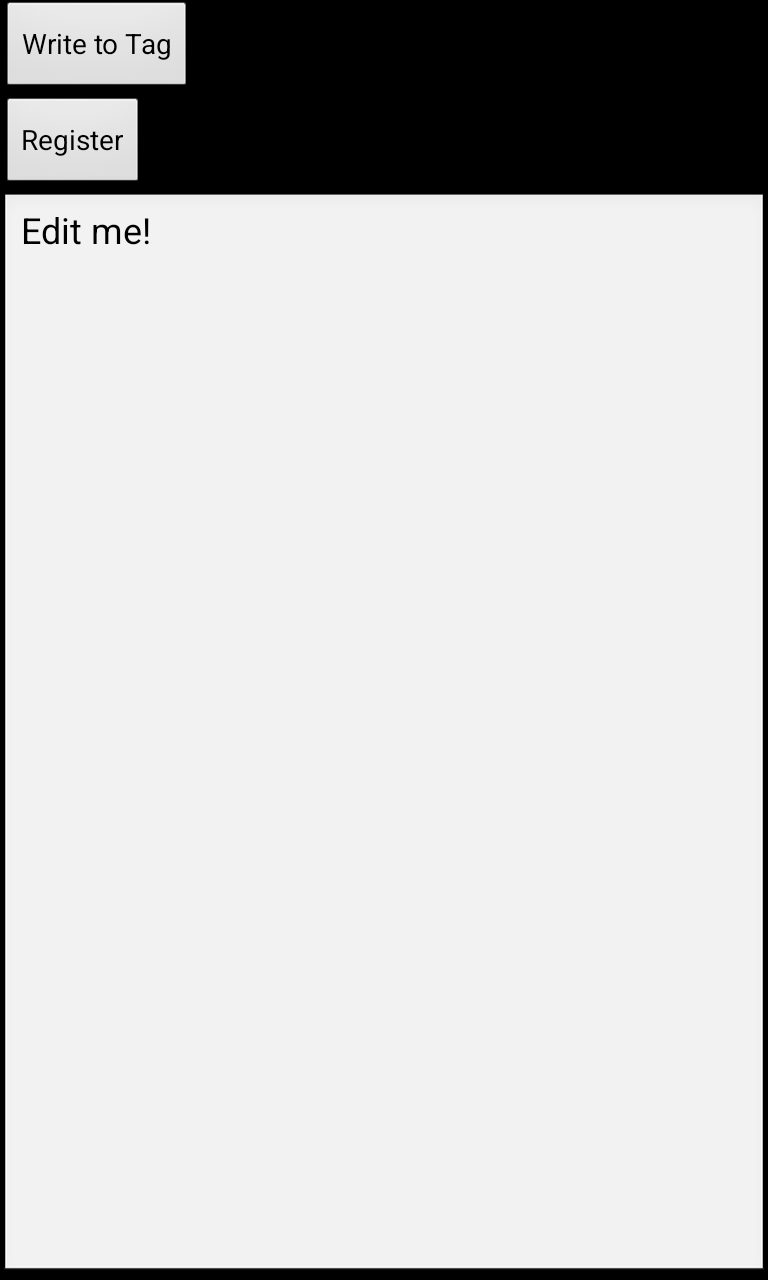
Repository: AjayTripathy/rice
Layout: android.pilaf.StickyNotesActivity/res/layout/main.xml
An editor plug-in stored every save of this project. The layout is shown before and after the next save, followed by the edit.
It is drawn on a 768 x 1280 px phone screen (xhdpi) without system bars, with theme android:Theme; the app's code is not run.

Above is the layout before, as saved 2012-07-22 09:28:16.

### android.pilaf.StickyNotesActivity/res/layout/main.xml
<?xml version="1.0" encoding="utf-8"?>
<LinearLayout xmlns:android="http://schemas.android.com/apk/res/android"
    android:orientation="vertical"
    android:layout_width="fill_parent"
    android:layout_height="fill_parent"
    >
    <LinearLayout android:layout_height="wrap_content" android:layout_width="match_parent" android:id="@+id/linearLayout1">
        <Button android:layout_height="wrap_content" android:layout_width="wrap_content" android:id="@+id/write_tag" android:text="@string/write_to_tag"></Button>
    </LinearLayout>

    <LinearLayout android:layout_height="wrap_content" android:layout_width="match_parent" android:id="@+id/linearLayout2">
        <Button android:layout_height="wrap_content" android:layout_width="wrap_content" android:id="@+id/get_tag_info" android:text="@string/get_tag_info"></Button>
    </LinearLayout>
<EditText android:layout_width="fill_parent" android:id="@+id/note" android:layout_height="fill_parent" android:gravity="top" android:text="@string/default_note_text"></EditText>
</LinearLayout>

### android.pilaf.StickyNotesActivity/res/values/strings.xml
<?xml version="1.0" encoding="utf-8"?>
<resources>
    <string name="hello">Hello World, StickyNotesActivity!</string>
    <string name="app_name">Pilaf</string>
    <string name="write_to_tag">Write to Tag</string>
    <string name="default_note_text">Edit me!</string>
    <string name="get_tag_info">Register</string>
</resources>

After the next save:
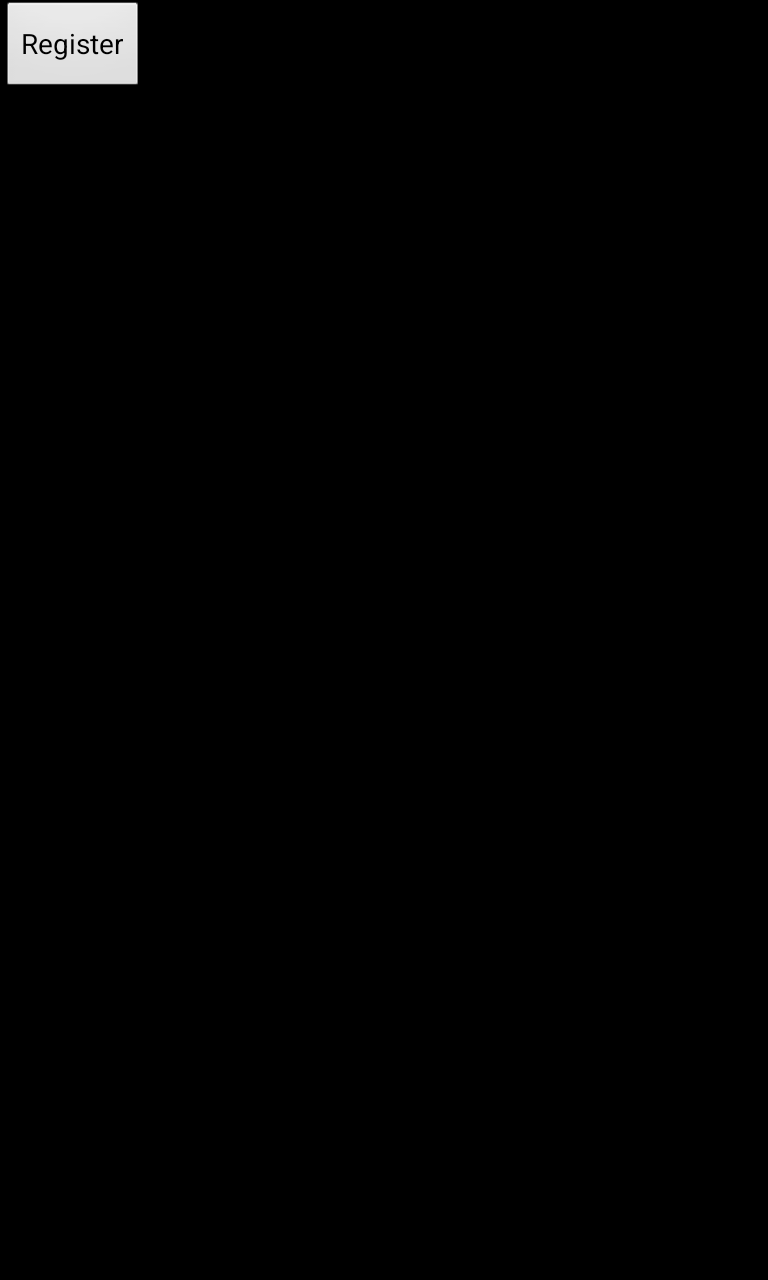
Saved 33 min 30 s later.
--- a/android.pilaf.StickyNotesActivity/res/layout/main.xml
+++ b/android.pilaf.StickyNotesActivity/res/layout/main.xml
@@ -4,12 +4,8 @@
     android:layout_width="fill_parent"
     android:layout_height="fill_parent"
     >
-    <LinearLayout android:layout_height="wrap_content" android:layout_width="match_parent" android:id="@+id/linearLayout1">
-        <Button android:layout_height="wrap_content" android:layout_width="wrap_content" android:id="@+id/write_tag" android:text="@string/write_to_tag"></Button>
-    </LinearLayout>
 
-    <LinearLayout android:layout_height="wrap_content" android:layout_width="match_parent" android:id="@+id/linearLayout2">
-        <Button android:layout_height="wrap_content" android:layout_width="wrap_content" android:id="@+id/get_tag_info" android:text="@string/get_tag_info"></Button>
+    <Button android:layout_height="wrap_content" android:layout_width="wrap_content" android:id="@+id/get_tag_info" android:text="@string/get_tag_info"></Button>
     </LinearLayout>
 <EditText android:layout_width="fill_parent" android:id="@+id/note" android:layout_height="fill_parent" android:gravity="top" android:text="@string/default_note_text"></EditText>
 </LinearLayout>
